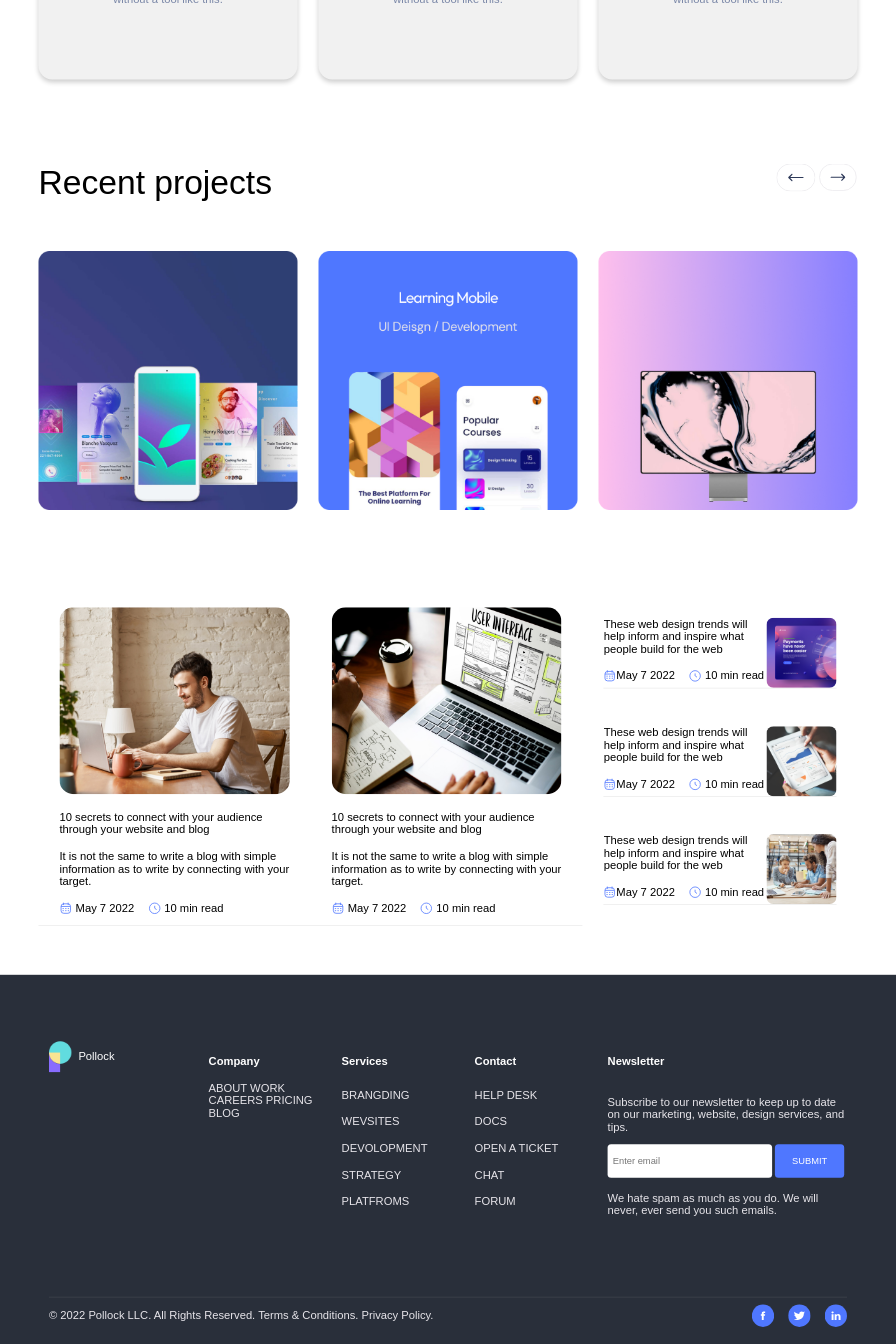
Repository: Nam936/exercises
Page: demo.html
These files come from the project's save history. The page is drawn as it stood at one moment and after the next save; the edit follows.
The browser window is 1280 px wide. The pictures show the part of the page from y = 1872 to 3792 px (the page is 3792 px tall), at 70% of full size.

Above is the page before, as saved 2023-01-13 14:17:11.

After the next save:
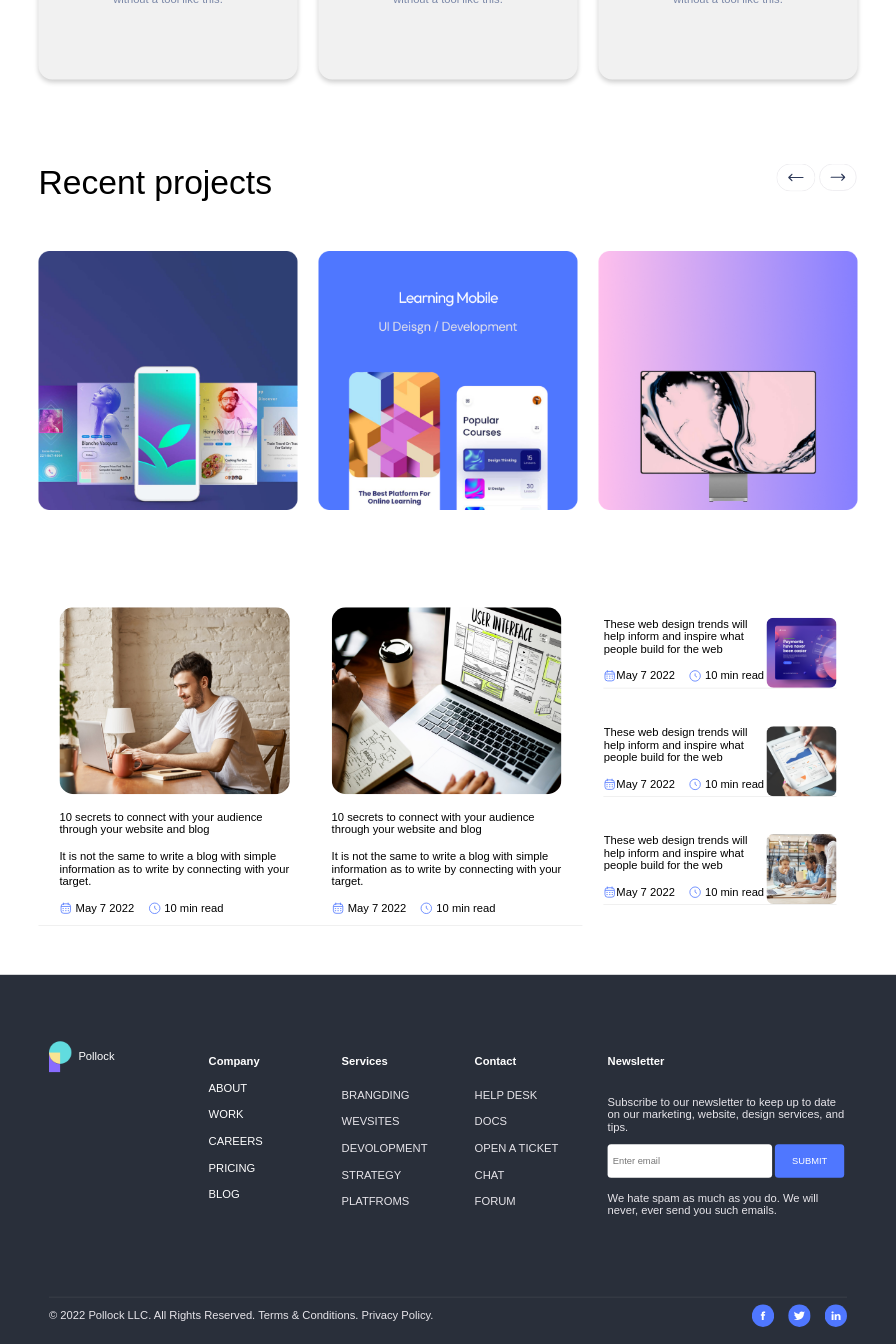
Saved 6 s later.
--- a/demo.html
+++ b/demo.html
@@ -510,11 +510,11 @@
         <ul class="lst">
           <li class="menuc">
             <h4>Company</h4>
-            <a href="#">ABOUT</a>
-            <a href="#">WORK</a>
-            <a href="#">CAREERS</a>
-            <a href="#">PRICING</a>
-            <a href="#">BLOG</a>
+            <p<a href="#">ABOUT</a></p>
+            <p<a href="#">WORK</a></p>
+            <p<a href="#">CAREERS</a></p>
+            <p<a href="#">PRICING</a></p>
+            <p<a href="#">BLOG</a></p>
           </li>
           <li class="menuc">
             <h4>Services</h4>
